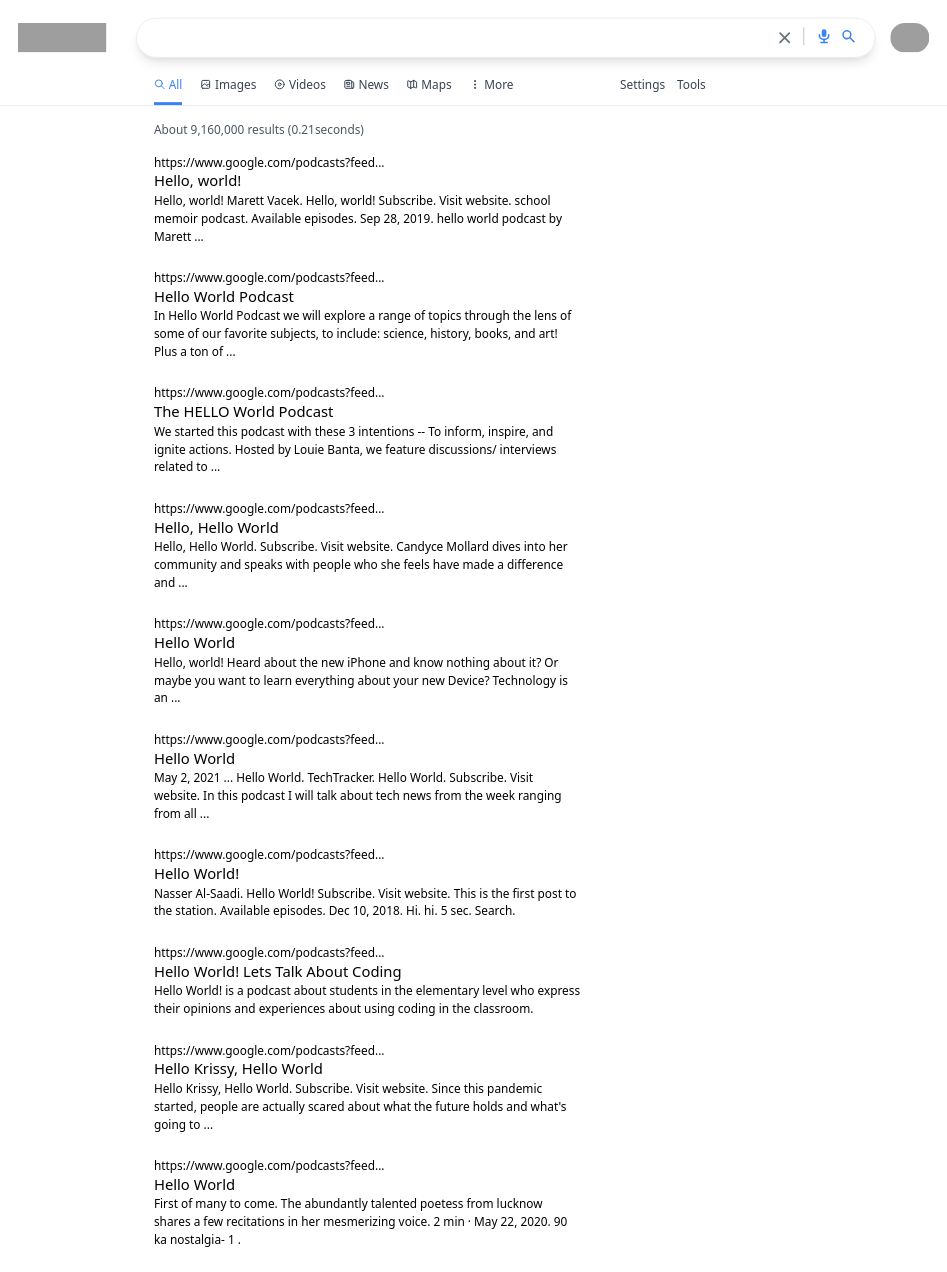
Repository: DecentraMindsCoin/google-search-clone
Page: /search
An editor plug-in stored every save of this project. The page is shown before and after the next save, followed by the edit.
The browser window is 1280 px wide. The pictures show the whole page, at 74% of full size.
Pictures or frames that could not be fetched are drawn as grey boxes. The project was rebuilt for these pictures with package versions that can differ from the ones it lists, and the page was loaded fresh each time. The framework's server and built-in components were replaced by stand-ins that run in the browser. Also part of the build but not shown: next.config.js, Response.js.

Above is the page before, as saved 2021-05-17 17:56:08.

### pages/search.js

import Head from 'next/head';
import Header from '../components/Header';
import { API_KEY, CONTEXT_KEY }  from '../keys';
import Response from "../Response";
import { useRouter } from "next/router";
import SearchResults from '../components/SearchResults';


function Search({ results }) {
    const router = useRouter();

        console.log(results);

    return (
        <div>
            <Head>
                <title>
                    {router.query.term} - Google Search
                </title>
                <link rel="icon" href=""/>
            </Head>
{/* Header */}

<Header />

{/* Search Results */}
<SearchResults results={results} />


        </div>
    )
}

export default Search;

export async function getServerSideProps(context) {

    const useDummyData = true;
    const startIndex = context.query.start || '0';

    const data = useDummyData ? Response : await fetch(`https://www.googleapis.com/customsearch/v1?key=${API_KEY}&cx=${CONTEXT_KEY}&q=${context.query.term}&start=${startIndex}`).then(response => response.json());

    // After the SERVER has rendered Pass the results to the client
    return {
        props: {
            results: data,
        }
        }
    }

### styles/globals.css
/* ./styles/globals.css */
@tailwind base;
@tailwind components;
@tailwind utilities;

@layer components {
  .btn {
    @apply bg-[#f8f9fa] p-3 rounded-md ring-gray-200 text-sm text-gray-800 hover:ring-1 focus:outline-none active:ring-gray-300 hover:shadow-md;
  }
.link {
  @apply hover:underline cursor-pointer;

  }
}

/* import from tailwind.css and delete preset css */
/* add with @apply to hover link as a modifier and cursor pointer */
/* add button btn custom gray and hover for btn className from feeling luck and Google search text */

### components/Header.js
import Image from 'next/image';
import { useRouter } from 'next/router';
import {useRef} from "react"
import { MicrophoneIcon, XIcon, SearchIcon } from '@heroicons/react/solid';
import Avatar from './Avatar';
import HeaderOptions from './HeaderOptions';


function Header() {
    const router = useRouter();
    const searchInputRef = useRef(null);

    const search = e => {
        e.preventDefault();
        const term = searchInputRef.current.value;


        if (!term) return;

        router.push(`./search?term=${term}`);
    }

    return (
        <header className="sticky top-0 bg-white">
            <div className="flex w-full p-6 items-center">
                <Image
            src='https://www.purepng.com/public/uploads/large/purepng.com-google-logo-2015brandlogobrand-logoiconssymbolslogosgoogle-6815229372333mqrr.png'
            height={40}
            width={120}
            onClick={() => router.push("/")}
            className="cursor-pointer" />
            <form className='px-6 py-3 ml-10 mr-5 flex-grow flex border border-gray-200 rounded-full shadow-lg '>
                <input ref={searchInputRef} type='text' className='flex-grow w-full focus:outline-none' type='text' />
                <XIcon className='h-7 sm:mr-3 text-gray-500 cursor-pointer transition duration-100 transform hover:scale-125'
                onClick={() =>(searchInputRef.current.value = "")}/>
                <MicrophoneIcon className='mr-3 h-6 hidden sm:inline-flex text-blue-500 border-l-2 pl-4 border-gray-300' />
                <SearchIcon className='h-6 text-blue-500 hidden sm:inline-flex'/>
                <button hidden type="submit" onClick={search}>Search</button>
            </form>
            <Avatar className='ml-auto 'url='https://coaching.papareact.com/ai9'/>
            </div>

            {/* Header Options Component */}
            <HeaderOptions />

        </header>
    )
}

export default Header

### keys.js
// Api kWZrnVM42QCiEA2Ig1bG8zjoIMOgxWwYCEeNdwY6Tv
export const API_KEY = 'AIzaSyA7YUDNBCQATijP9l34hGIXqMewhriENoQ'
// Context Key - https://cse.google.com/create/new
export const CONTEXT_KEY = '755fce7d6fc28a46b'

### components/SearchResults.js
function SearchResults({ results}) {
    return (
        <div className="mx-auto w-full px-3 sm:pl-[5%] md:pl-[14%] lg:pl-52">
            <p className="text-gray-600 text-md mb-5 mt-5">
                About {results.searchInformation?.formattedTotalResults} results ({results.searchInformation?.formattedSearchTime}seconds) </p>
       {results.items?.map((result) => (
           <div key={result.link} className="max-w-xl mb-8">
               <div>
                   <a href={result.link} className="text-sml">{result.formattedUrl}</a>
                   <a href={result.link}>
                       <h2 className="truncate text-xl ">
                           {result.title}
                       </h2>
                   </a>
               </div>
               <p>{result.snippet}</p>
           </div>

       ))}
        </div>
    )
}

export default SearchResults

### components/Avatar.js
function Avatar({url, className }) {
    return (<img loading="lazy"
    className={`h-10 rounded-full cursor-pointer transition duration-150 transform hover:scale-110 ${className}`}
    src={url} alt="Profile Pic" />
    );
}

export default Avatar

### components/HeaderOptions.js
import HeaderOption from "./HeaderOption";
import {

    DotsVerticalIcon, MapIcon, NewspaperIcon, PhotographIcon, PlayIcon, SearchIcon,
} from "@heroicons/react/outline"


function HeaderOptions() {
    return (
        <div className="flex w-full text-gray-700 justify-evenly text-sm lg:text-base lg:justify-start lg:space-x-36 lg:pl-52 border-b">
            {/* left */}
           <div className="flex space-x-6">
               <HeaderOption Icon={SearchIcon}  title="All" selected/>
               <HeaderOption Icon={PhotographIcon} title="Images" />
               <HeaderOption Icon={PlayIcon} title="Videos" />
               <HeaderOption Icon={NewspaperIcon} title="News" />
               <HeaderOption Icon={MapIcon} title="Maps" />
               <HeaderOption Icon={DotsVerticalIcon} title="More" />

           </div>
                {/* right */}
            <div className="flex space-x-4">
                <p className="link">Settings</p>
                <p className="link">Tools</p>
            </div>
        </div>
    )
}

export default HeaderOptions

### components/HeaderOption.js
function HeaderOption({ Icon, title, selected}) {
    return (
        <div className={`flex items-center space-x-1 border-b-4 border-transparent hover:text-blue-500 hover:border-blue-500 pb-3 cursor-pointer ${selected && "text-blue-500 border-blue-500"}`}>
            <Icon className="h-4" />
            <p className="hidden sm:inline-flex">{title}</p>
        </div>
    )
}

export default HeaderOption

### tailwind.config.js
module.exports = {
  mode:'jit',
  purge: ['./pages/**/*.{js,ts,jsx,tsx}', './components/**/*.{js,ts,jsx,tsx}'],
  darkMode: false, // or 'media' or 'class'
  theme: {
    extend: {},
  },
  variants: {
    extend: {},
  },
  plugins: [],
}


//insert purge and mode: jit from tailwind.css

Loaded but not shown: pages/_app.js (common file)

After the next save:
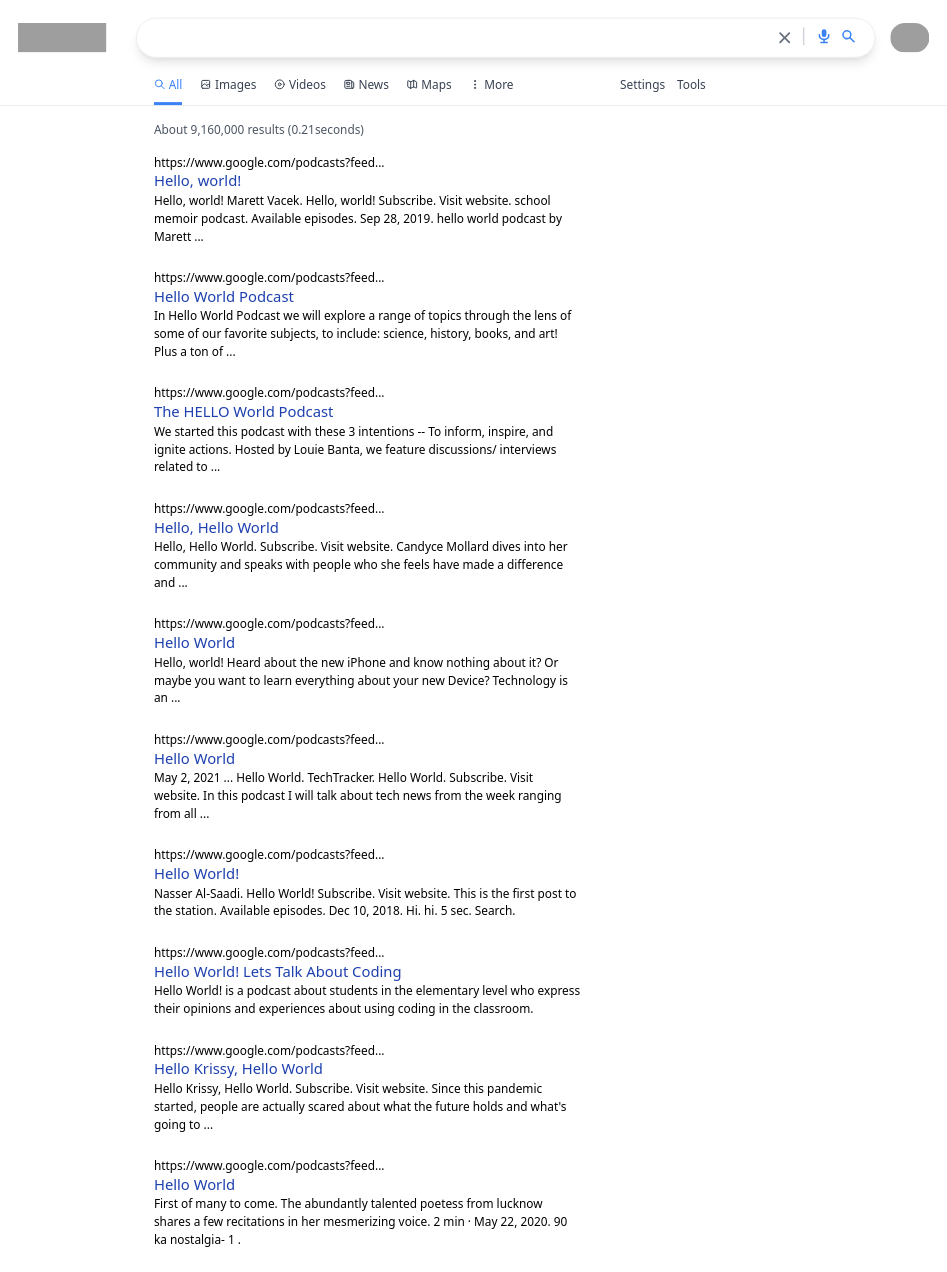
Saved 9 s later.
--- a/components/SearchResults.js
+++ b/components/SearchResults.js
@@ -8,7 +8,7 @@
                <div>
                    <a href={result.link} className="text-sml">{result.formattedUrl}</a>
                    <a href={result.link}>
-                       <h2 className="truncate text-xl ">
+                       <h2 className="truncate text-xl text-blue-800">
                            {result.title}
                        </h2>
                    </a>
